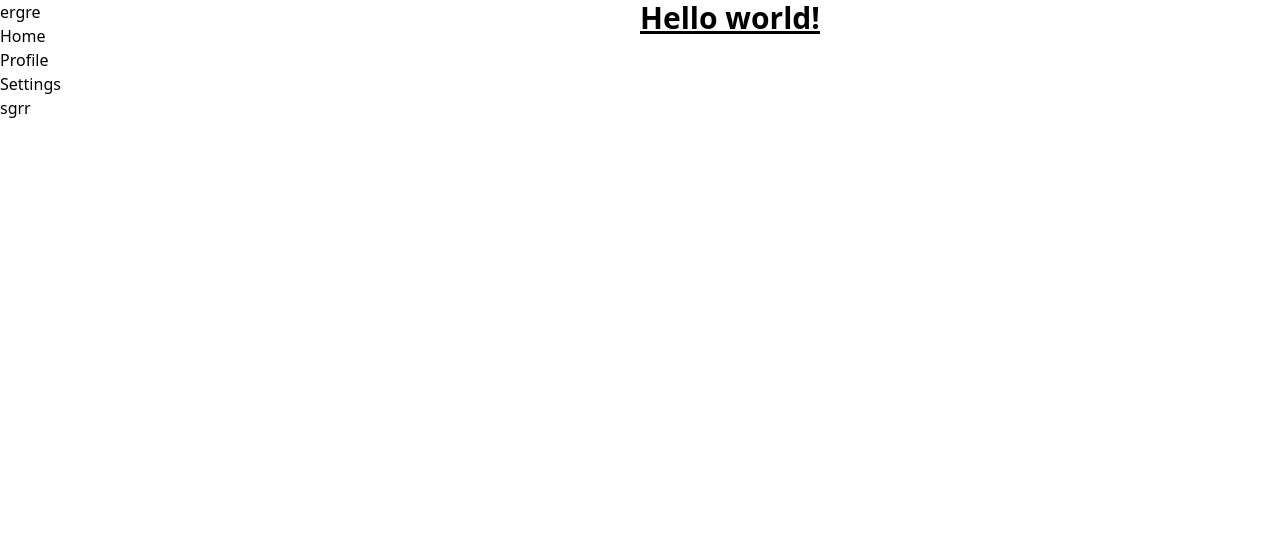
Repository: Yh010/dukaanDashboard
Page: /
An editor plug-in stored every save of this project. The page is shown before and after the next save, followed by the edit.
The browser window is 1280 px wide. The pictures show the whole page.
The project was rebuilt for these pictures with package versions that can differ from the ones it lists, and the page was loaded fresh each time. Also part of the build but not shown: vite.config.js, src/App.css.

Above is the page before, as saved 2024-01-21 11:17:39.

### src/App.jsx
/* import { useState } from 'react' */
/* import reactLogo from './assets/react.svg'
import viteLogo from '/vite.svg' */
import './App.css'
import SideNavBar from './components/sidenavbar'

function App() {
/*   const [count, setCount] = useState(0) */

  return (
    <div className='grid grid-cols-2'>
       <SideNavBar/>
        <h1 className="text-3xl font-bold underline">
            Hello world!
        </h1>

    </div>

  )
}

export default App

### src/components/sidenavbar.jsx
function SideNavBar() {
    return (
        <div className="sidenavbar space-y-50 justify-between">
            <div id="head">
                ergre
            </div>



            <div id="items">
                <ul>
                    <li>Home</li>
                    <li>Profile</li>
                    <li>Settings</li>
                 </ul>
            </div>



            <div id="credits">
                sgrr
            </div>

        </div>
    );
}

export default SideNavBar;

Loaded but not shown: index.html (common file); src/main.jsx (common file); src/index.css (common file); tailwind.config.js (common file)

After the next save:
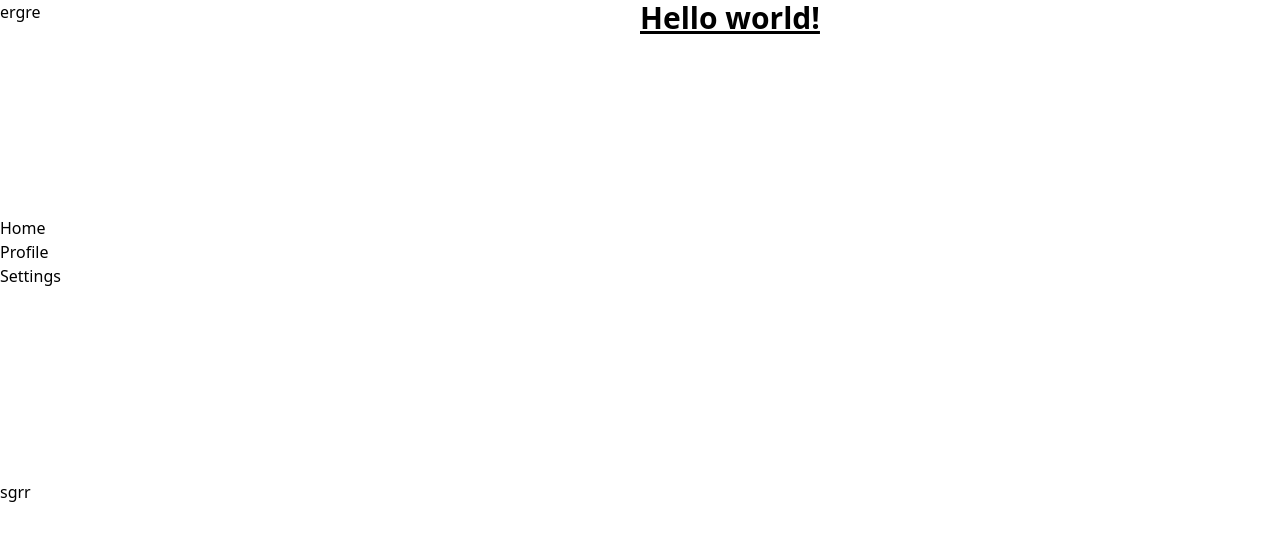
Saved 4 s later.
--- a/src/components/sidenavbar.jsx
+++ b/src/components/sidenavbar.jsx
@@ -1,6 +1,6 @@
 function SideNavBar() {
     return (
-        <div className="sidenavbar space-y-50 justify-between">
+        <div className="sidenavbar space-y-48 justify-between">
             <div id="head">
                 ergre
             </div>

After the save that followed:
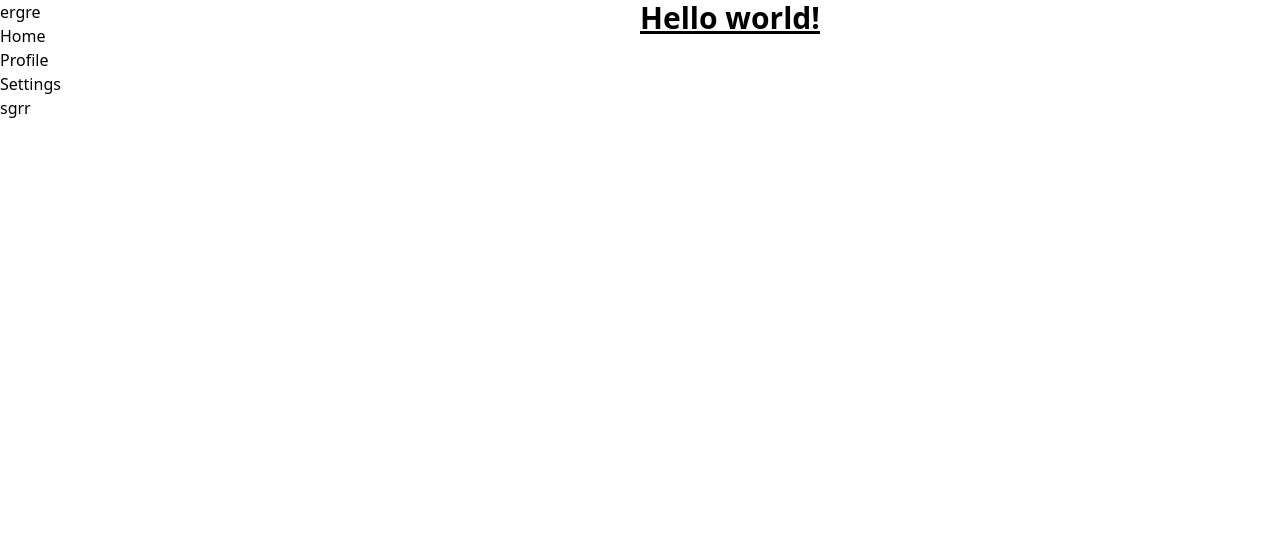
Saved 4 s later.
--- a/src/components/sidenavbar.jsx
+++ b/src/components/sidenavbar.jsx
@@ -1,6 +1,6 @@
 function SideNavBar() {
     return (
-        <div className="sidenavbar space-y-48 justify-between">
+        <div className="sidenavbar space-y-49 justify-between">
             <div id="head">
                 ergre
             </div>
